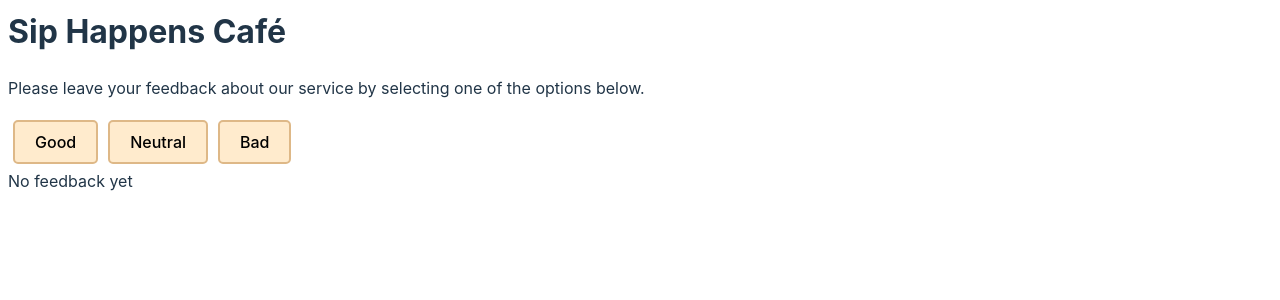
Repository: Evgeniya-Tishakova/goit-react-hw-02
Page: /
The author's editor kept a copy of each file at every save. The page is drawn from the files as they stood at one save, then again after the next save.
The browser window is 1280 px wide. The pictures show the whole page.
The project was rebuilt for these pictures with package versions that can differ from the ones it lists, and the page was loaded fresh each time. Also part of the build but not shown: vite.config.js, src/components/Feedback/Feedback.module.css, src/components/Feedback/Feedback.jsx.

Above is the page before, as saved 2025-02-28 20:17:42.

### src/index.css
body {
  font-family: Inter, sans-serif;
  line-height: 1.5;
  font-weight: 400;
}

h1,
h2,
p {
  margin: 0;
}

ul,
ol {
  margin: 0;
  padding: 0;
}

img {
  display: block;
  max-width: 100%;
}

button {
  border-radius: 8px;
  border: 1px solid transparent;
  padding: 0.6em 1.2em;
  font-size: 1em;
  font-weight: 500;
  font-family: inherit;
  background-color: #fff;
  cursor: pointer;
  transition: border-color 0.25s;
}

button:hover {
  border-color: #646cff;
}

button:focus,
button:focus-visible {
  outline: 4px auto -webkit-focus-ring-color;
}

@media (prefers-color-scheme: light) {
  :root {
    color: #213547;
    background-color: #ffffff;
  }

  a:hover {
    color: #747bff;
  }

  button {
    /* background-color: #f9f9f9; */
  }
}

### src/components/App/App.jsx
import { useEffect, useState } from "react";

import Feedback from "../Feedback/Feedback.jsx";
import Options from "../Options/Options.jsx";
import Description from "../Description/Description.jsx";
import Notification from "../Notification/Notification.jsx";

export default function App() {
  const [rewiewType, setRewiewType] = useState(() => {
    const saveRewiew = localStorage.getItem("current-effect");
    if (saveRewiew) {
      return JSON.parse(saveRewiew);
    }
    return {
      good: 0,
      neutral: 0,
      bad: 0,
    };
  });

  const totalFeedback = rewiewType.good + rewiewType.neutral + rewiewType.bad;

  const positiveFeedback = Math.round((rewiewType.good / totalFeedback) * 100);

  useEffect(() => {
    localStorage.setItem("current-effect", JSON.stringify(rewiewType));
  });

  const updateFeedback = (feedbackType) => {
    setRewiewType({
      ...rewiewType,
      [feedbackType]: rewiewType[feedbackType] + 1,
    });
  };

  const resetFeedback = () => {
    setRewiewType({
      good: 0,
      neutral: 0,
      bad: 0,
    });
  };

  return (
    <>
      <Description />
      <Options
        updateFeedback={updateFeedback}
        resetFeedback={resetFeedback}
        isShown={totalFeedback > 0}
      />
      {totalFeedback > 0 && (
        <Feedback
          rewiewType={rewiewType}
          totalFeedback={totalFeedback}
          positiveFeedback={positiveFeedback}
        />
      )}
      {totalFeedback <= 0 && <Notification />}
    </>
  );
}

### src/components/Options/Options.jsx
import css from "./Options.module.css";

export default function Options({
  updateFeedback,
  resetFeedback,
  isShown,
  hasFeedback,
}) {
  return (
    <div>
      <button className={css.button} onClick={() => updateFeedback("good")}>
        Good
      </button>
      <button className={css.button} onClick={() => updateFeedback("neutral")}>
        Neutral
      </button>
      <button className={css.button} onClick={() => updateFeedback("bad")}>
        Bad
      </button>
      {isShown && (
        <button className={css.button} onClick={resetFeedback}>
          Reset
        </button>
      )}
      {}
    </div>
  );
}

### src/components/Description/Description.jsx
import css from "./Description.module.css";

export default function Description() {
  return (
    <div>
      <h1 className={css.title}>Sip Happens Café</h1>
      <p className={css.descr}>
        Please leave your feedback about our service by selecting one of the
        options below.
      </p>
    </div>
  );
}

### src/components/Notification/Notification.jsx
export default function Notification() {
  return (
    <div>
      <p>No feedback yet</p>
    </div>
  );
}

### src/components/Options/Options.module.css
.button {
    border: 2px solid burlywood;
    padding: 10px 20px;
    background-color: blanchedalmond;
    margin: 5px;
    border-radius: 5px;
    cursor: pointer;
}

button:hover {
    background-color: skyblue;
}

button:active {
    background-color: aqua;
}

### src/components/Description/Description.module.css
.title {
    margin-bottom: 20px;
}

.descr {
    margin-bottom: 15px;
}

Loaded but not shown: index.html (common file); src/main.jsx (common file)

After the next save:
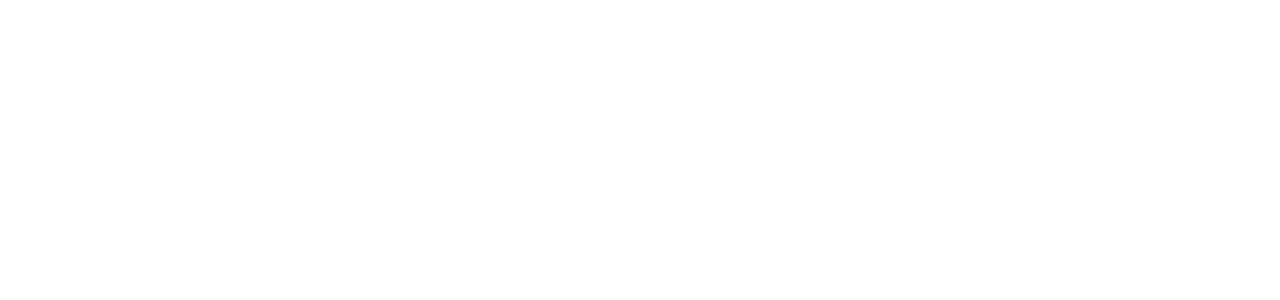
Console error: ReferenceError: isShown is not defined
Saved 23 s later.
--- a/src/components/Options/Options.jsx
+++ b/src/components/Options/Options.jsx
@@ -1,11 +1,6 @@
 import css from "./Options.module.css";
 
-export default function Options({
-  updateFeedback,
-  resetFeedback,
-  isShown,
-  hasFeedback,
-}) {
+export default function Options({ updateFeedback, resetFeedback }) {
   return (
     <div>
       <button className={css.button} onClick={() => updateFeedback("good")}>

After the save that followed:
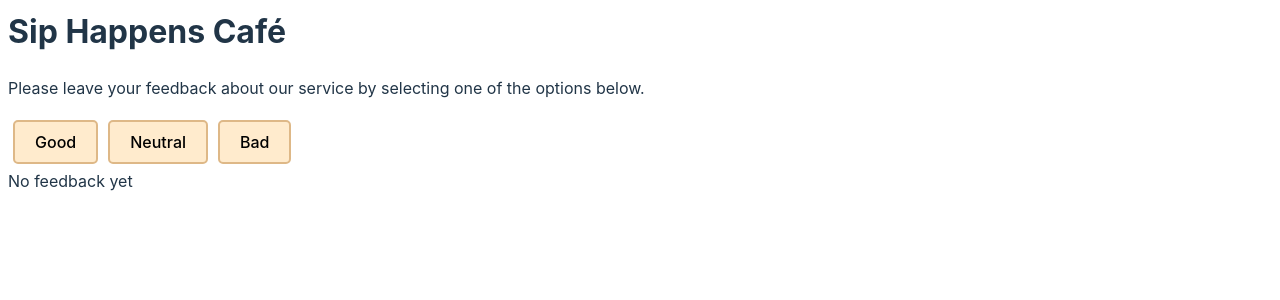
The error is gone.
Saved 7 s later.
--- a/src/components/Options/Options.jsx
+++ b/src/components/Options/Options.jsx
@@ -1,6 +1,6 @@
 import css from "./Options.module.css";
 
-export default function Options({ updateFeedback, resetFeedback }) {
+export default function Options({ updateFeedback, resetFeedback, isShown }) {
   return (
     <div>
       <button className={css.button} onClick={() => updateFeedback("good")}>
